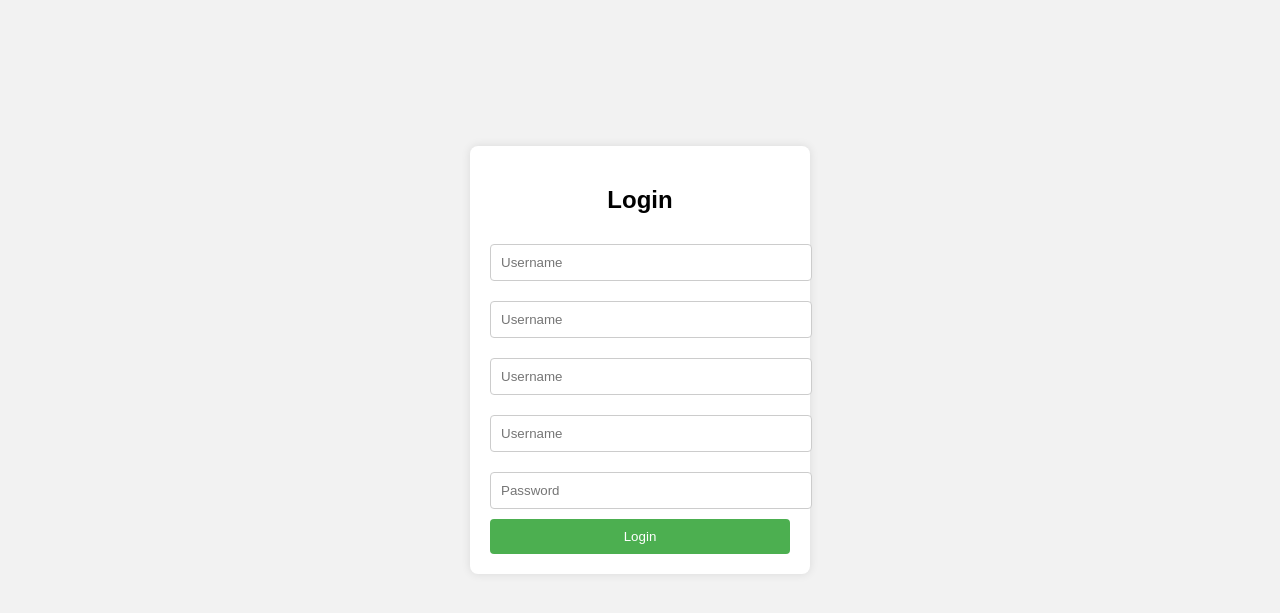
Repository: Reyanabid123/leetcode
Page: index.html
The author's editor kept a copy of each file at every save. The page is drawn from the files as they stood at one save, then again after the next save.
The browser window is 1280 px wide. The pictures show the whole page.

Above is the page before, as saved 2024-12-29 18:04:49.

### index.html
<!DOCTYPE html>
<html lang="en">
<head>
  <meta charset="UTF-8">
  <meta name="viewport" content="width=device-width, initial-scale=1.0">
  <title>Login Page</title>
  <style>
    body {
      font-family: Arial, sans-serif;
      background-color: #f2f2f2;
      display: flex;
      justify-content: center;
      align-items: center;
      height: 100vh;
      margin: 0;
    }
    .container {
      background-color: white;
      padding: 20px;
      border-radius: 8px;
      box-shadow: 0 0 10px rgba(0, 0, 0, 0.1);
      width: 300px;
    }
    .container h2 {
      margin-bottom: 20px;
      text-align: center;
    }
    .container input[type="text"],
    .container input[type="password"] {
      width: 100%;
      padding: 10px;
      margin: 10px 0;
      border: 1px solid #ccc;
      border-radius: 4px;
    }
    .container button {
      width: 100%;
      padding: 10px;
      background-color: #4CAF50;
      color: white;
      border: none;
      border-radius: 4px;
      cursor: pointer;
    }
    .container button:hover {
      background-color: #45a049;
    }
  </style>
</head>
<body>
  <div class="container">
    <h2>Login</h2>
    <form action="/login" method="post">

      <input type="text" name="username" placeholder="Username" required>
      <input type="text" name="username" placeholder="Username" required>
      <input type="text" name="username" placeholder="Username" required>
      <input type="text" name="username" placeholder="Username" required>
      <input type="password" name="password" placeholder="Password" required>
      <button type="submit">Login</button>
    </form>
  </div>
</body>
</html>

After the next save:
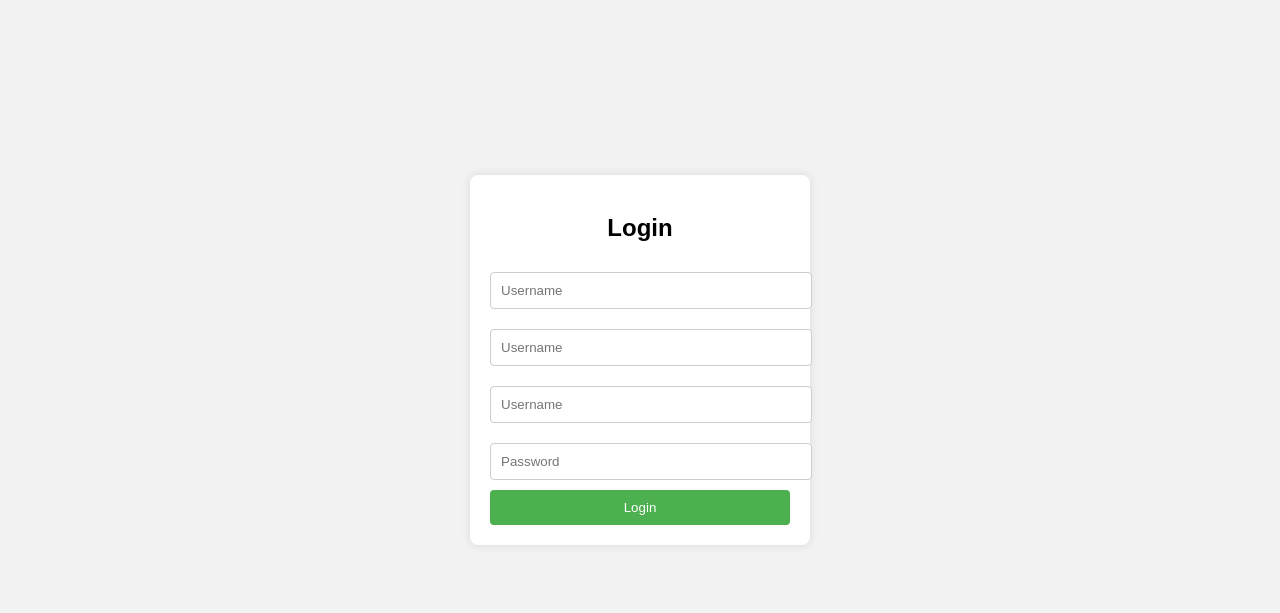
Saved 4 s later.
--- a/index.html
+++ b/index.html
@@ -53,7 +53,7 @@
     <form action="/login" method="post">
 
       <input type="text" name="username" placeholder="Username" required>
-      <input type="text" name="username" placeholder="Username" required>
+
       <input type="text" name="username" placeholder="Username" required>
       <input type="text" name="username" placeholder="Username" required>
       <input type="password" name="password" placeholder="Password" required>
